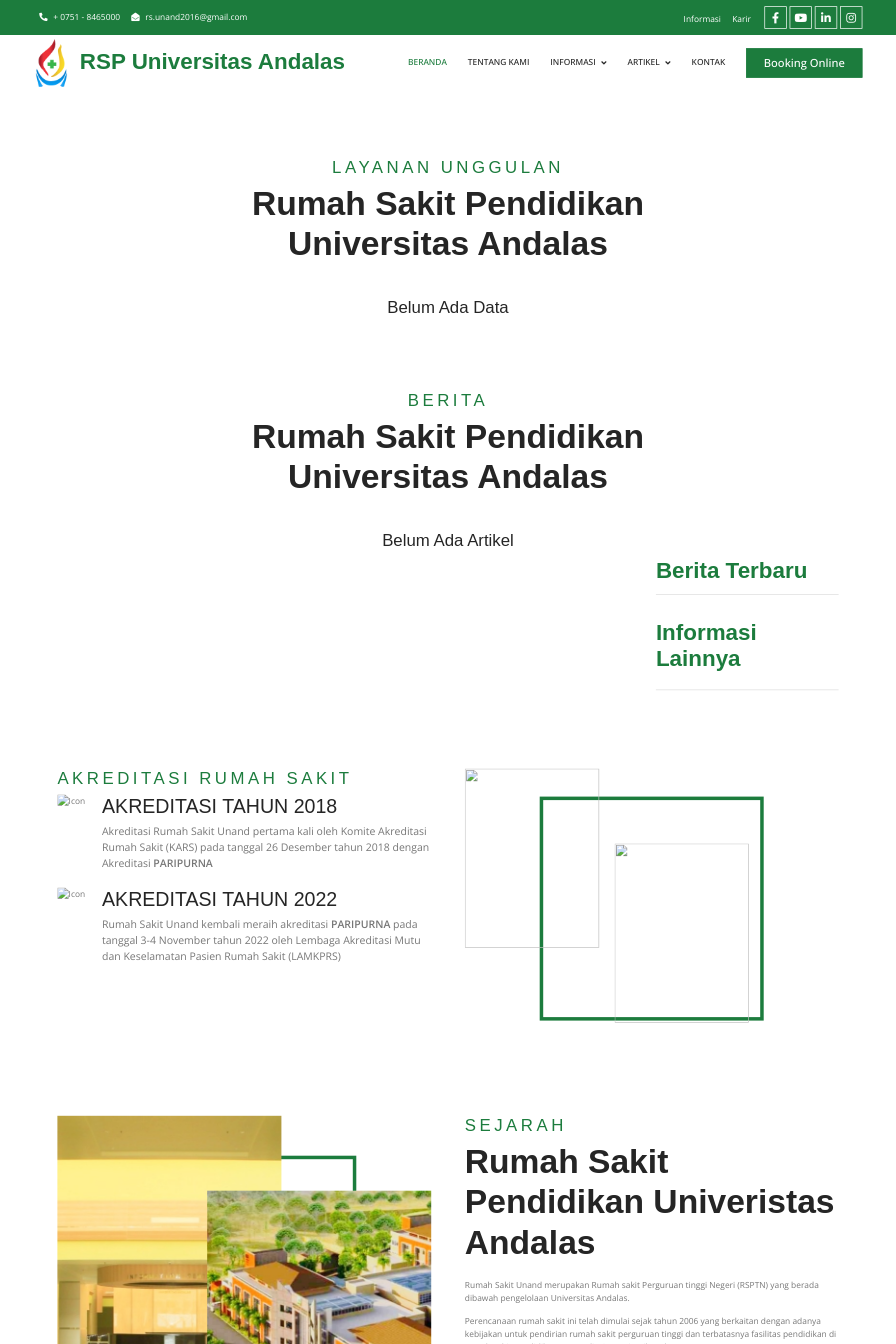
Repository: vivin-erialis/rsunand-site
Page: http://localhost/
These files come from the project's save history. The page is drawn as it stood at one moment and after the next save; the edit follows.
The browser window is 1280 px wide. The pictures show the part of the page from y = 0 to 1920 px (the page is 3111 px tall), at 70% of full size.
Some web fonts or font styles are not loaded; a fallback is used. Some web libraries are served in a nearby version. The page is served by the project's Laravel application, run on PHP 8.4 with Laravel 12. Queries for data that is not in the repository find no rows.

Above is the page before, as saved 2024-06-10 08:19:15.
Console error: TypeError: Cannot read properties of undefined (reading 'version')

After the next save:
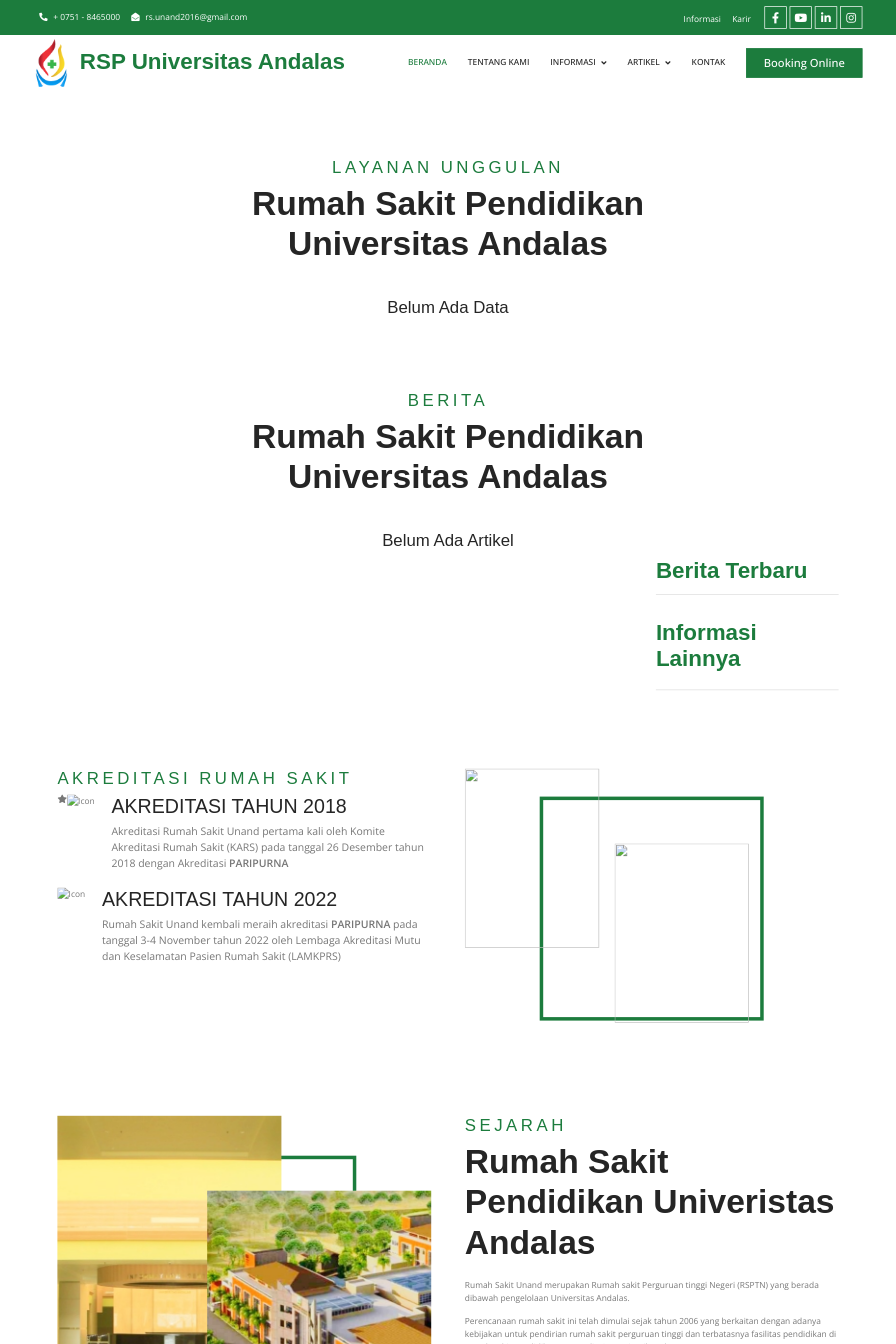
Saved 42 s later.
--- a/resources/views/Frontend/home.blade.php
+++ b/resources/views/Frontend/home.blade.php
@@ -267,6 +267,9 @@
                     <div class="row g-4">
                         <div class="col-12">
                             <div class="d-flex align-items-start">
+                                <i class="fa fa-star">
+
+                                </i>
                                 <img class="flex-shrink-0" src="img/icons/icon-2.png" alt="Icon">
                                 <div class="ms-4">
                                     <h3>AKREDITASI TAHUN 2018</h3>
